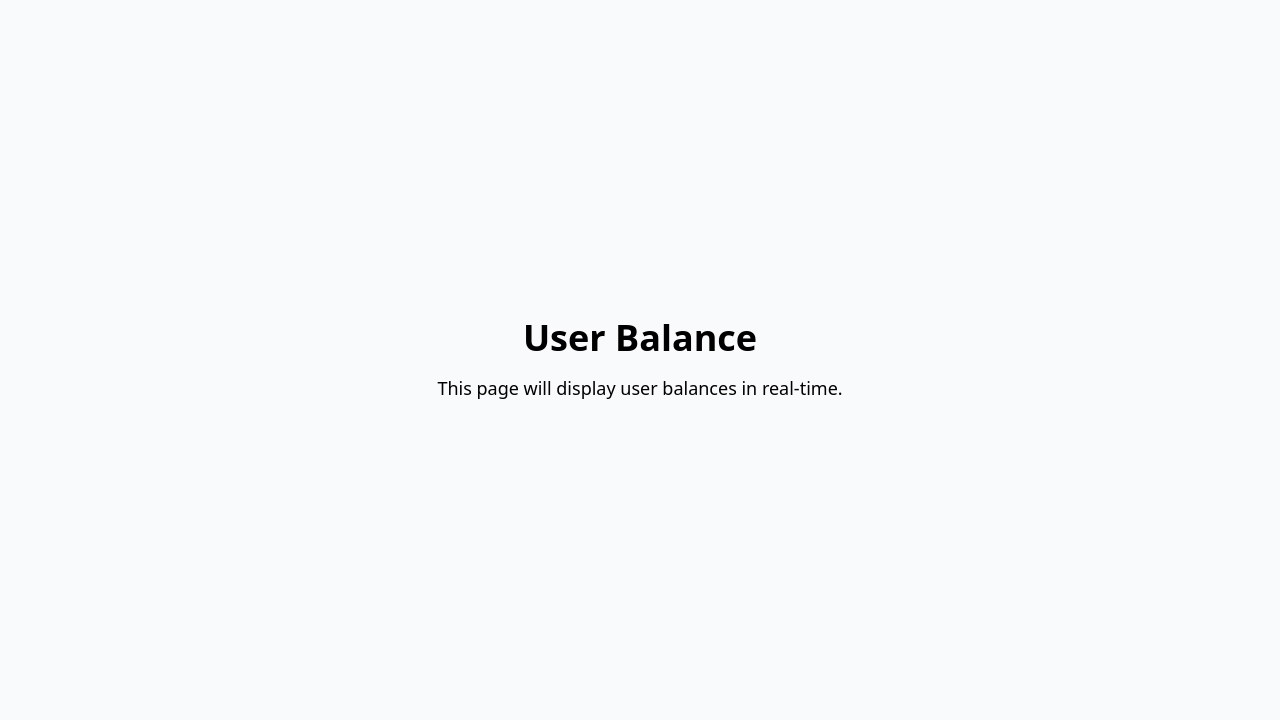
Repository: gloriousnetworker/project-osaa
Page: /balance
An editor plug-in stored every save of this project. The page is shown before and after the next save, followed by the edit.
The browser window is 1280 px wide. The pictures show the whole page.
The project was rebuilt for these pictures with package versions that can differ from the ones it lists, and the page was loaded fresh each time. Also part of the build but not shown: vite.config.js, src/pages/Home.jsx, src/pages/Mint.jsx, src/pages/Transfer.jsx.

Above is the page before, as saved 2025-01-18 09:11:57.

### index.html
<!doctype html>
<html lang="en">
  <head>
    <meta charset="UTF-8" />
    <link rel="icon" type="image/svg+xml" href="/logo.png" />
    <meta name="viewport" content="width=device-width, initial-scale=1.0" />
    <title>PROJECT OSAA</title>
  </head>
  <body>
    <div id="root"></div>
    <script type="module" src="/src/main.jsx"></script>
  </body>
</html>

### src/index.css
@tailwind base;
@tailwind components;
@tailwind utilities;

/* Toastr Styles */
.toast-success {
  background-color: #2f855a; /* Green */
  color: #ffffff;
  border-radius: 8px;
  padding: 10px 15px;
  font-weight: 500;
}

.toast-error {
  background-color: #e53e3e; /* Red */
  color: #ffffff;
  border-radius: 8px;
  padding: 10px 15px;
  font-weight: 500;
}

.toast-body {
  font-size: 0.875rem;
  line-height: 1.5;
}

/* Background Animation */
.bg-animation {
  animation: backgroundChange 15s infinite;
  background-image: url("/background1.jpg");
  background-size: cover;
  background-repeat: no-repeat;
  background-position: center;
}

@keyframes backgroundChange {
  0% {
    background-image: url("/background1.jpg");
  }
  33% {
    background-image: url("/background2.jpg");
  }
  66% {
    background-image: url("/background3.jpg");
  }
  100% {
    background-image: url("/background1.jpg");
  }
}

/* Typing and Deleting Effect */
.typing-effect {
  font-family: "Courier New", Courier, monospace;
  white-space: nowrap;
  overflow: hidden;
  display: inline-block;
  border-right: 3px solid rgba(255, 255, 255, 0.75); /* Blinking cursor */
  animation: typing 8s steps(40, end), erasing 8s steps(40, end) 16s,
    typing-reverse 8s steps(40, end) 24s, erasing-reverse 8s steps(40, end) 32s
      infinite, blink 0.75s step-end infinite;
}

@keyframes typing {
  from {
    width: 0;
  }
  to {
    width: 100%;
  }
}

@keyframes erasing {
  from {
    width: 100%;
  }
  to {
    width: 0;
  }
}

@keyframes typing-reverse {
  from {
    width: 0;
  }
  to {
    width: 100%;
  }
}

@keyframes erasing-reverse {
  from {
    width: 100%;
  }
  to {
    width: 0;
  }
}

@keyframes blink {
  from {
    border-color: rgba(255, 255, 255, 0.75);
  }
  to {
    border-color: transparent;
  }
}

### src/App.jsx
import React from 'react';
import { BrowserRouter as Router, Routes, Route } from 'react-router-dom';
import Home from './pages/Home';
import Mint from './pages/Mint';
import Transfer from './pages/Transfer';
import Balance from './pages/Balance';

const App = () => {
  return (
    <Router>
      <Routes>
        <Route path="/" element={<Home />} />
        <Route path="/mint" element={<Mint />} />
        <Route path="/transfer" element={<Transfer />} />
        <Route path="/balance" element={<Balance />} />
      </Routes>
    </Router>
  );
};

export default App;

### src/pages/Balance.jsx
import React from 'react';

const Balance = () => {
  return (
    <div className="min-h-screen flex flex-col items-center justify-center bg-gray-50">
      <h1 className="text-4xl font-bold">User Balance</h1>
      <p className="mt-4 text-lg">This page will display user balances in real-time.</p>
    </div>
  );
};

export default Balance;

### tailwind.config.js
module.exports = {
  content: [
    "./index.html",
    "./src/**/*.{js,jsx,ts,tsx}",
  ],
  theme: {
    extend: {
      fontFamily: {
        'times': ['Times New Roman', 'serif'],
      },
    },
  },
  plugins: [],
};

Loaded but not shown: src/main.jsx (common file)

After the next save:
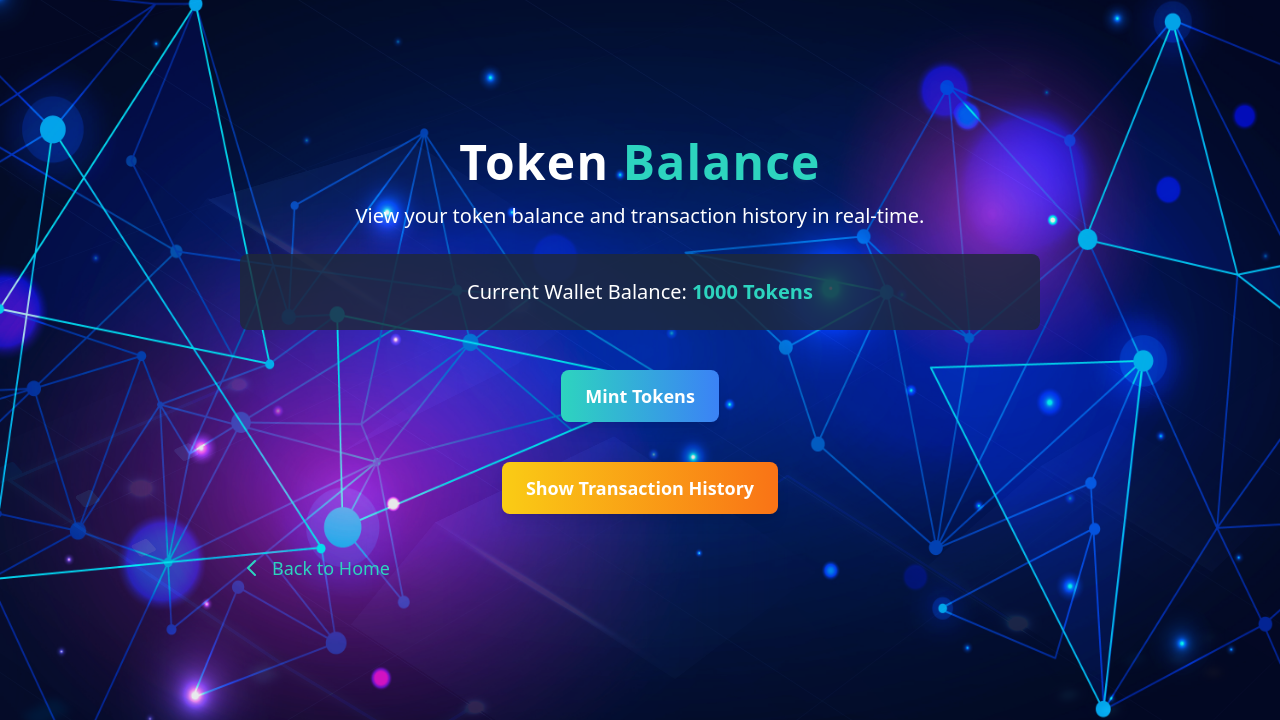
Saved 6 min 23 s later.
--- a/src/pages/Balance.jsx
+++ b/src/pages/Balance.jsx
@@ -1,10 +1,133 @@
-import React from 'react';
+import React, { useState } from "react";
+import { toast, ToastContainer } from "react-toastify";
+import "react-toastify/dist/ReactToastify.css";
+import { useNavigate } from "react-router-dom";
 
 const Balance = () => {
+  const [balance, setBalance] = useState(1000); // Simulated wallet balance
+  const [transactions, setTransactions] = useState([
+    { id: 1, type: "incoming", amount: 200, from: "0x123...789" },
+    { id: 2, type: "outgoing", amount: 100, to: "0x456...321" },
+  ]); // Sample transactions
+  const [isMinting, setIsMinting] = useState(false); // Minting state
+  const navigate = useNavigate();
+
+  // Handle minting
+  const handleMint = () => {
+    setIsMinting(true);
+    setTimeout(() => {
+      const mintedAmount = 500;
+      setBalance((prevBalance) => prevBalance + mintedAmount);
+      toast.success(`${mintedAmount} tokens minted successfully!`, {
+        position: "bottom-right",
+        className: "toast-success",
+        autoClose: 5000,
+      });
+      setIsMinting(false);
+    }, 2000);
+  };
+
+  // Display transactions
+  const displayTransactions = () => {
+    transactions.forEach((transaction) => {
+      const message =
+        transaction.type === "incoming"
+          ? `Incoming: +${transaction.amount} tokens from ${transaction.from}`
+          : `Outgoing: -${transaction.amount} tokens to ${transaction.to}`;
+      toast.info(message, {
+        position: "bottom-right",
+        autoClose: 5000,
+      });
+    });
+  };
+
   return (
-    <div className="min-h-screen flex flex-col items-center justify-center bg-gray-50">
-      <h1 className="text-4xl font-bold">User Balance</h1>
-      <p className="mt-4 text-lg">This page will display user balances in real-time.</p>
+    <div className="min-h-screen flex flex-col items-center justify-center bg-animation relative">
+      {/* Overlay for readability */}
+      <div className="absolute top-0 left-0 w-full h-full bg-black bg-opacity-50 -z-10"></div>
+
+      {/* Content Section */}
+      <div className="z-10 text-center text-white px-6 lg:px-12 max-w-4xl w-full">
+        {/* Page Header */}
+        <h1 className="text-4xl lg:text-5xl font-bold tracking-wide mb-4">
+          Token <span className="text-teal-400">Balance</span>
+        </h1>
+        <p className="text-lg lg:text-xl font-medium mb-6">
+          View your token balance and transaction history in real-time.
+        </p>
+
+        {/* Wallet Balance */}
+        <div className="bg-gray-800 bg-opacity-80 p-6 rounded-lg mb-10">
+          <p className="text-lg lg:text-xl font-medium">
+            Current Wallet Balance:{" "}
+            <span className="text-teal-400 font-semibold">{balance} Tokens</span>
+          </p>
+        </div>
+
+        {/* Mint Tokens */}
+        <div className="mb-10">
+          <button
+            onClick={handleMint}
+            disabled={isMinting}
+            className={`py-3 px-6 rounded-lg text-lg font-semibold shadow-lg transition-all ${
+              isMinting
+                ? "bg-gray-600 cursor-not-allowed"
+                : "bg-gradient-to-r from-teal-400 to-blue-500 hover:from-blue-500 hover:to-teal-400 text-white"
+            }`}
+          >
+            {isMinting ? "Minting..." : "Mint Tokens"}
+          </button>
+        </div>
+
+        {/* Display Transactions */}
+        <div className="mb-10">
+          <button
+            onClick={displayTransactions}
+            className="py-3 px-6 bg-gradient-to-r from-yellow-400 to-orange-500 hover:from-orange-500 hover:to-yellow-400 text-white rounded-lg text-lg font-semibold shadow-lg hover:shadow-xl transition-all"
+          >
+            Show Transaction History
+          </button>
+        </div>
+
+        {/* Back to Home Button */}
+        <div>
+          <button
+            onClick={() => navigate("/")} // Navigate back to the home page
+            className="text-teal-400 hover:text-teal-600 flex items-center justify-center space-x-2 text-lg font-medium transition"
+          >
+            <svg
+              xmlns="http://www.w3.org/2000/svg"
+              fill="none"
+              viewBox="0 0 24 24"
+              strokeWidth={2}
+              stroke="currentColor"
+              className="w-6 h-6"
+            >
+              <path
+                strokeLinecap="round"
+                strokeLinejoin="round"
+                d="M15 19l-7-7 7-7"
+              />
+            </svg>
+            <span>Back to Home</span>
+          </button>
+        </div>
+      </div>
+
+      {/* Toastr Container */}
+      <ToastContainer
+        position="bottom-right"
+        autoClose={5000}
+        hideProgressBar
+        newestOnTop
+        closeOnClick
+        rtl={false}
+        pauseOnFocusLoss
+        draggable
+        pauseOnHover
+        theme="dark"
+        className="z-50"
+      />
     </div>
   );
 };
